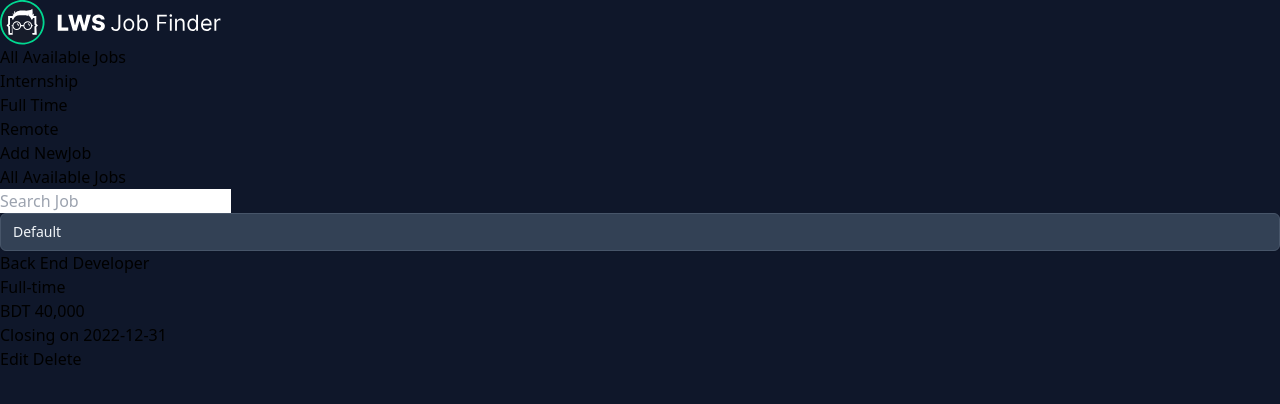
Repository: Wahid137/jobs-finder-rtk
Page: html/index.html
These files come from the project's save history. The page is drawn as it stood at one moment and after the next save; the edit follows.
The browser window is 1280 px wide. The pictures show the whole page.
Some web libraries are served in a nearby version.

Above is the page before, as saved 2023-12-25 00:45:53.

After the next save:
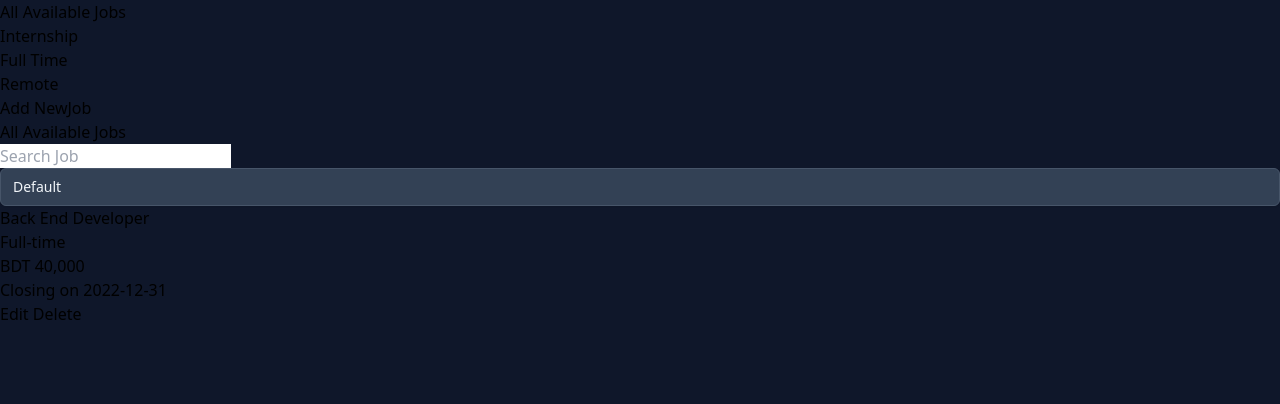
Saved 9 min 8 s later.
--- a/html/index.html
+++ b/html/index.html
@@ -14,9 +14,9 @@
 </head>
 
 <body>
-    <nav className="max-w-[90rem] mx-auto py-4 fixed top-0 w-full left-1/2 -translate-x-1/2 px-4 md:px-0">
+    <!-- <nav className="max-w-[90rem] mx-auto py-4 fixed top-0 w-full left-1/2 -translate-x-1/2 px-4 md:px-0">
         <img src="./images/logo.svg" />
-    </nav>
+    </nav> -->
     <div className="max-w-[90rem] mx-auto px-4 sm:px-6 md:px-8 ">
         <div className="sidebar">
             <nav>
